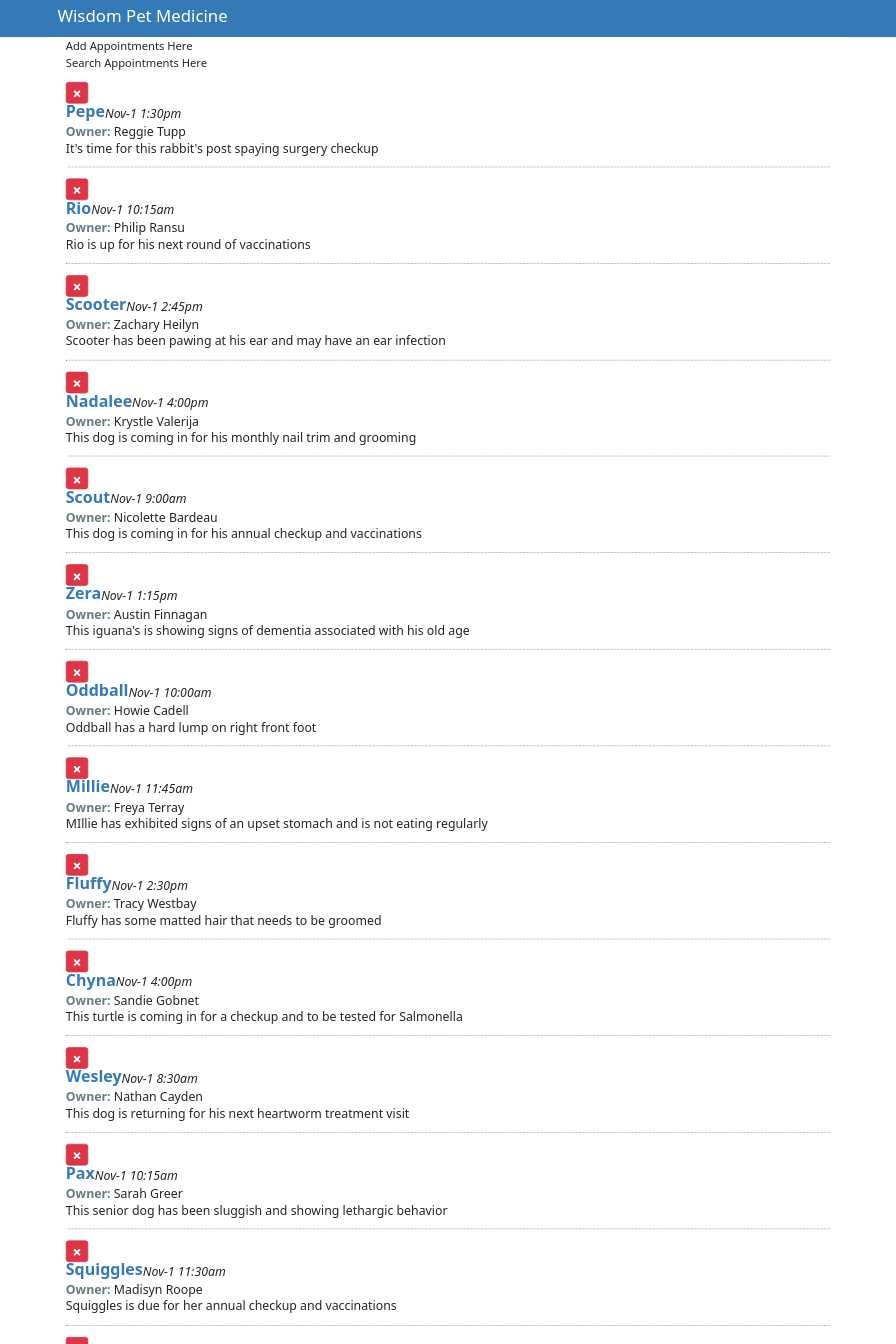
Repository: DevLuDaley/reactinterface
Page: /
An editor plug-in stored every save of this project. The page is shown before and after the next save, followed by the edit.
The browser window is 1280 px wide. The pictures show the part of the page from y = 0 to 1920 px (the page is 3618 px tall), at 70% of full size.
The project was rebuilt for these pictures with package versions that can differ from the ones it lists, and the page was loaded fresh each time.

Above is the page before, as saved 2021-02-04 18:49:02.

After the next save:
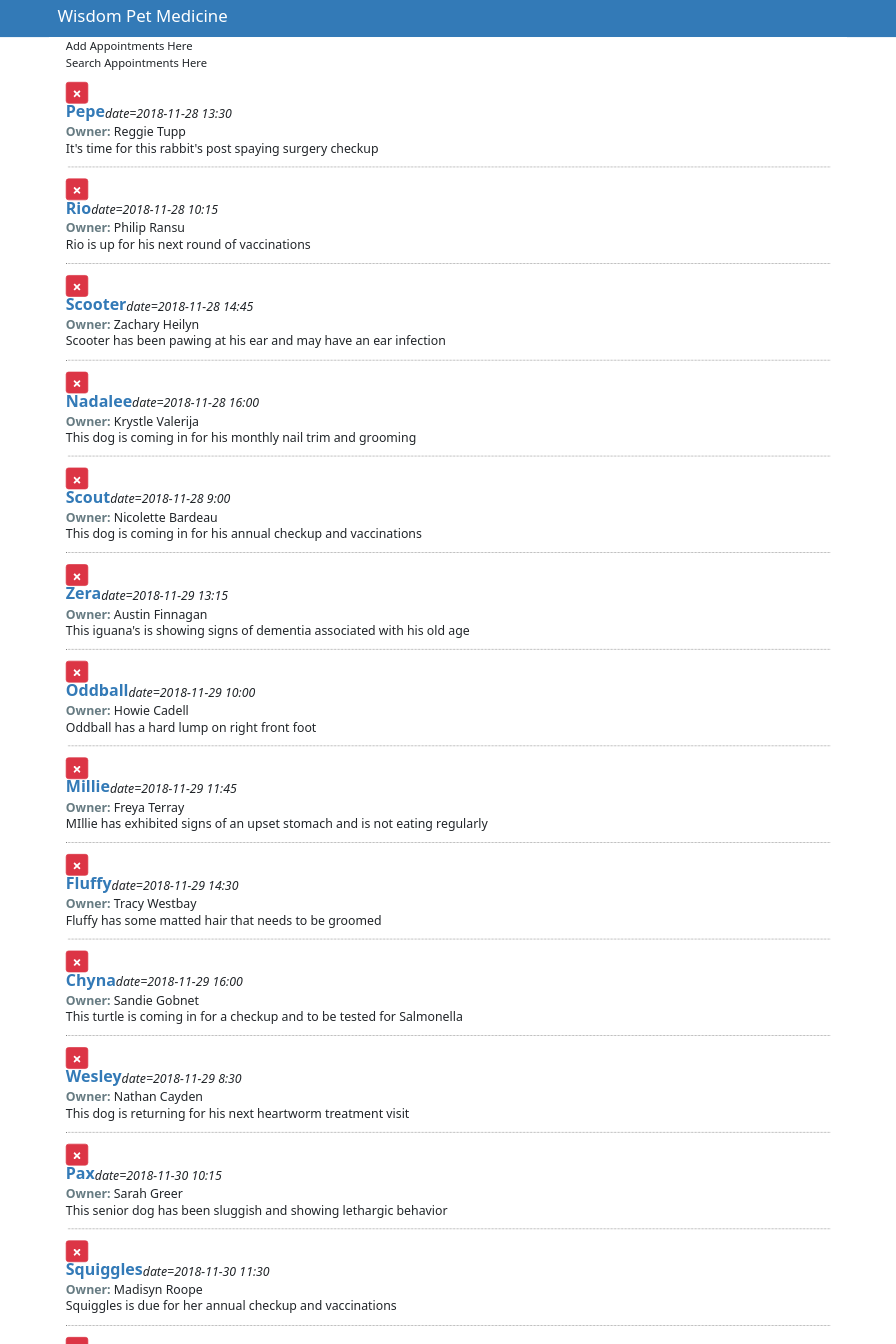
Saved 4 min 16 s later.
--- a/src/components/ListAppointments.js
+++ b/src/components/ListAppointments.js
@@ -18,11 +18,11 @@ class ListAppointments extends Component {
               <div className="pet-head d-flex">
                 <span className="pet-name">{item.petName}</span>
                 <span className="apt-date ml-auto">
-                  <Moment
+                  {/* <Moment */}
                     date={item.aptDate}
-                    parse="YYYY-MM-dd hh:mm"
-                    format="MMM-D h:mma"
-                  />
+                    {/* parse="YYYY-MM-dd hh:mm" */}
+                    {/* format="MMM-D h:mma" */}
+                  {/* /> */}
                 </span>
               </div>
 
